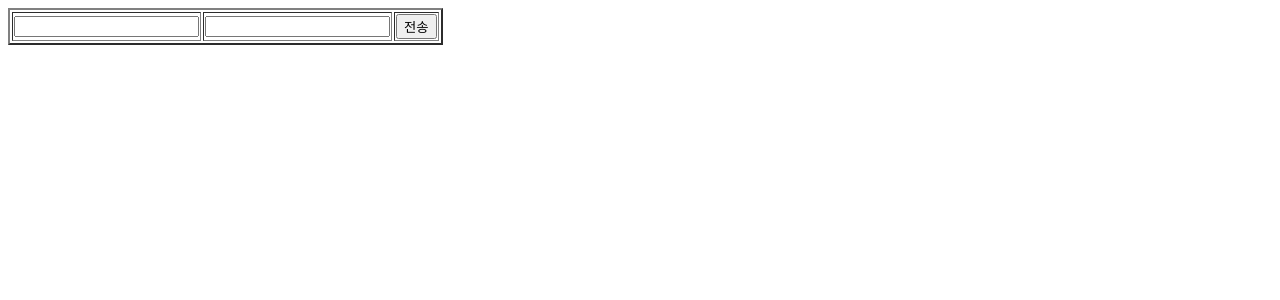
Repository: qodydrjs/JSPproject
Page: http://localhost/HomePageJSP/LoginPage.jsp
These files come from the project's save history. The page is drawn as it stood at one moment and after the next save; the edit follows.
The browser window is 1280 px wide. The pictures show the whole page.
The page is served by Tomcat 9.

Above is the page before, as saved 2017-12-31 13:33:47.

After the next save:
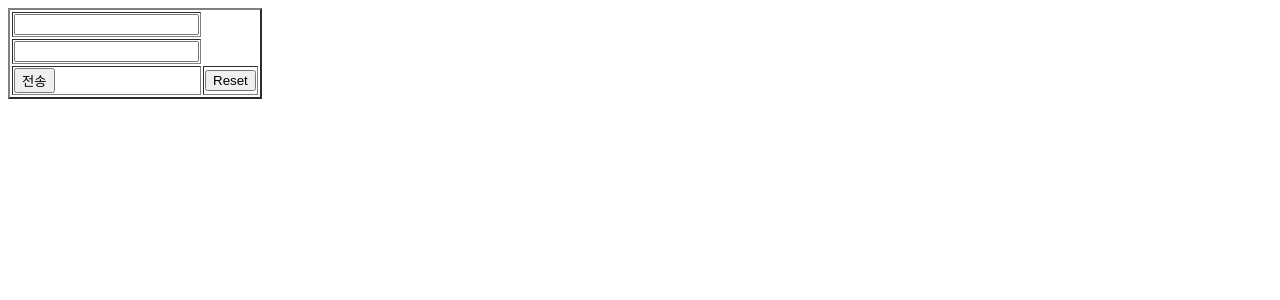
Saved 77 s later.
--- a/HomePageJSP/WebContent/LoginPage.jsp
+++ b/HomePageJSP/WebContent/LoginPage.jsp
@@ -14,11 +14,18 @@
  	<td>
 	 <input type="text" name='id'>
  	</td>
+ </tr>
+ <tr>
  	<td>
  	<input type="password" name="pass">
  	</td>
+ </tr>
+ <tr>
  	<td>
  	 <input type="submit" value="전송">
+ 	</td>
+ 	<td>
+     <input type="reset" value="Reset">
  	</td>
  </tr>
 
